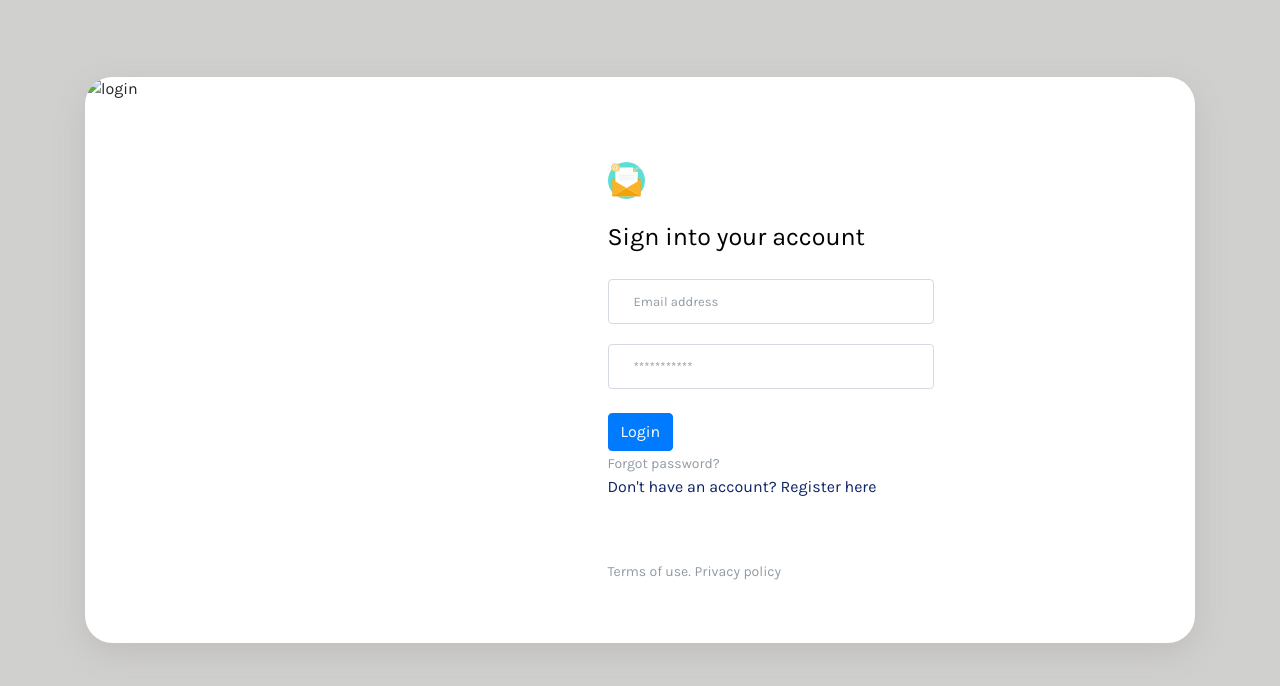
Repository: sara55m/Login
Page: http://localhost/login
These files come from the project's save history. The page is drawn as it stood at one moment and after the next save; the edit follows.
The browser window is 1280 px wide. The pictures show the whole page.
Some web libraries are served in a nearby version. The page is served by the project's Laravel application, run on PHP 8.4 with Laravel 10.

Above is the page before, as saved 2024-03-04 03:50:15.

After the next save:
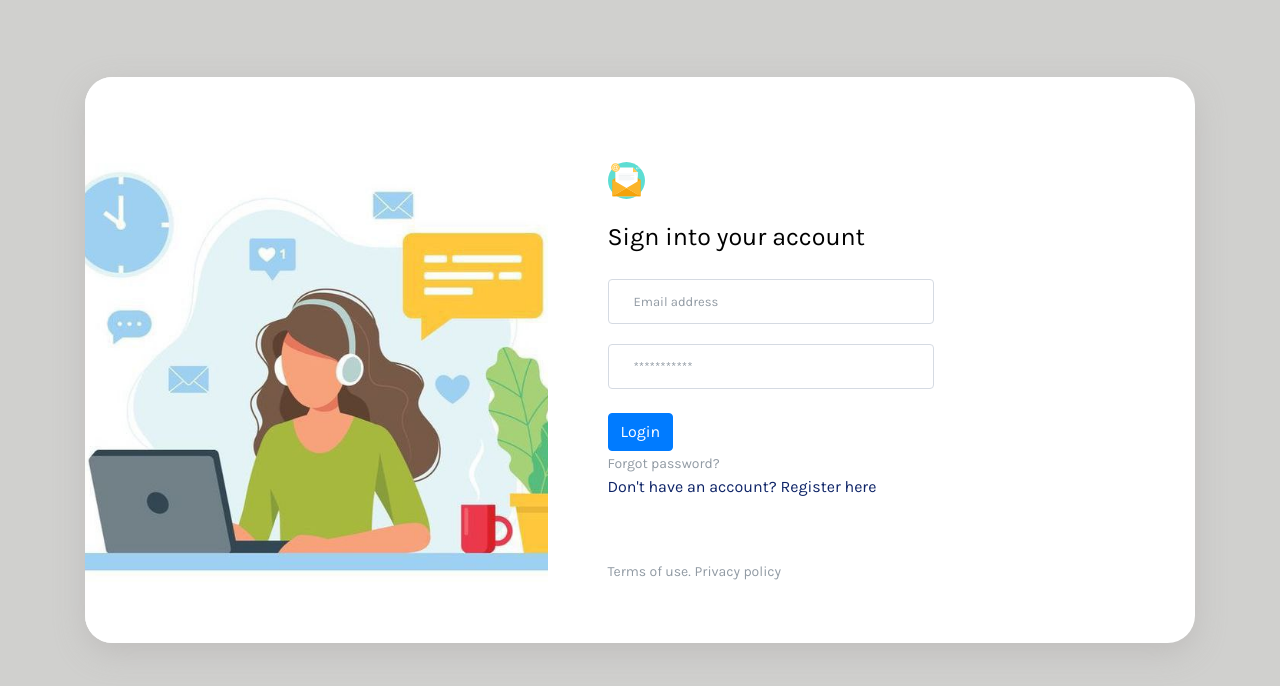
Saved 4 min 48 s later.
--- a/resources/views/layout.blade.php
+++ b/resources/views/layout.blade.php
@@ -16,7 +16,7 @@
           <div class="card login-card">
             <div class="row no-gutters">
               <div class="col-md-5">
-                <img src="assets/images/login.jpg" alt="login" class="login-card-img">
+                <img src="assets/images/login2.jpg" alt="login" class="login-card-img">
               </div>
               <div class="col-md-7">
                 <div class="card-body">
